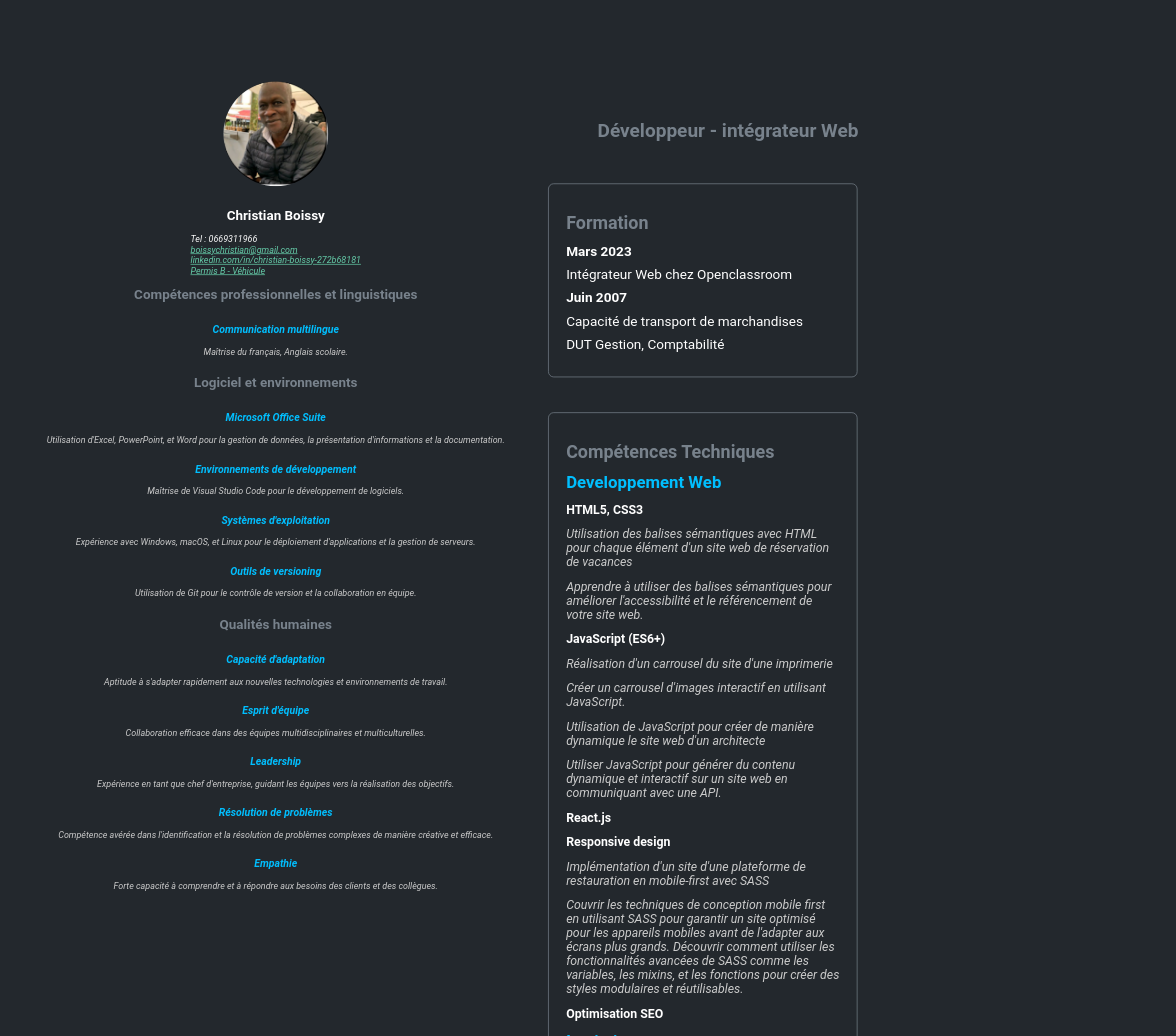
Repository: Christian121966/cv-logistique
Page: /
The author's editor kept a copy of each file at every save. The page is drawn from the files as they stood at one save, then again after a run of saves.
The browser window is 1280 px wide. The page is 1680 px wide, so the pictures cover 1680 px, including what lies to the right of the window. The pictures show the part of the page from y = 0 to 1480 px (the page is 2737 px tall before and 2770 px after), at 70% of full size.
The project was rebuilt for these pictures with package versions that can differ from the ones it lists, and the page was loaded fresh each time.

Above is the page before, as saved 2024-07-29 01:04:43.

### public/index.html
<!DOCTYPE html>
<html lang="en">
  <head>
    <meta charset="utf-8" />
    <link rel="icon" href="%PUBLIC_URL%/favicon.ico" />
    <meta name="viewport" content="width=device-width, initial-scale=1" />
    <meta name="theme-color" content="#000000" />
    <meta name="description" content="Curriculum Vitae de Christian Boissy, développeur web front-end" />
    <meta name="keywords" content="Christian Boissy, CV, développeur front-end, React, Node.js, JavaScript" />
    <meta name="author" content="Christian Boissy" />

    <!-- Open Graph Meta Tags -->
    <meta property="og:title" content="CV de Christian Boissy" />
    <meta property="og:description" content="Curriculum Vitae de Christian Boissy, développeur web front-end" />
    <meta property="og:image" content="%PUBLIC_URL%/logo192.png" />
    <meta property="og:url" content="https://christian121966.github.io/cv-christian-boissy/" />
    <meta property="og:type" content="website" />

    <!-- Twitter Card Meta Tags -->
    <meta name="twitter:card" content="summary_large_image" />
    <meta name="twitter:title" content="CV de Christian Boissy" />
    <meta name="twitter:description" content="Curriculum Vitae de Christian Boissy, développeur web front-end" />
    <meta name="twitter:image" content="%PUBLIC_URL%/logo192.png" />

    <link rel="apple-touch-icon" href="%PUBLIC_URL%/logo192.png" />
    <link rel="manifest" href="%PUBLIC_URL%/manifest.json" />
    <title>CV-CHRISTIAN-BOISSY</title>

    <!-- Google Analytics -->
    <script async src="https://www.googletagmanager.com/gtag/js?id=G-K4EJ3NRTQS"></script>
    <script>
      window.dataLayer = window.dataLayer || [];
      function gtag(){dataLayer.push(arguments);}
      gtag('js', new Date());
      gtag('config', 'G-K4EJ3NRTQS');
    </script>
  </head>
  <body>
    <noscript>You need to enable JavaScript to run this app.</noscript>
    <div id="root"></div>
    <!--
      This HTML file is a template.
      If you open it directly in the browser, you will see an empty page.

      You can add webfonts, meta tags, or analytics to this file.
      The build step will place the bundled scripts into the <body> tag.

      To begin the development, run `npm start` or `yarn start`.
      To create a production bundle, use `npm run build` or `yarn build`.
    -->
  </body>
</html>

### src/index.js
import React from 'react';
import ReactDOM from 'react-dom/client';
import './index.css';
import App from './App';
import ReactGA from 'react-ga4';

ReactGA.initialize('G-K4EJ3NRTQS', {
  cookieFlags: 'SameSite=None; Secure'
});

ReactGA.send('pageview');

const root = ReactDOM.createRoot(document.getElementById('root'));
root.render(
  <React.StrictMode>
    <App />
  </React.StrictMode>
);

### src/App.js
import React from 'react';
import './App.css';
import Footer from './components/Footer';
import Section from './components/Section';
import Sidebar from './components/Sidebar';
import Formation from './components/Formation';
import CompetencesTechniques from './components/CompetencesTechniques';
import ExperiencesProfessionnelles from './components/ExperiencesProfessionnelles';

function App() {
  return (
    <div className="App">
      <header className="cv-title">
        <h1>Développeur - intégrateur Web</h1>
      </header>
      <div className="container">
        <Sidebar />
        <main>
          <div className="card">
            <Section title="Formation">
              <Formation />
            </Section>
          </div>
          <div className="card">
            <Section title="Compétences Techniques">
              <CompetencesTechniques />
            </Section>
          </div>
          <div className="card">
            <Section title="Expériences Professionnelles">
              <ExperiencesProfessionnelles />
            </Section>
          </div>
        </main>
      </div>
      <Footer />
    </div>
  );
}

export default App;

### src/App.css
@charset "UTF-8";
/* Variables de couleurs */
/* Mixins */
*,
*::before,
*::after {
  box-sizing: border-box;
  margin: 0;
  padding: 0;
}

body {
  background-color: rgb(35, 40, 45);
  color: rgb(255, 255, 255);
  font-family: "Roboto", sans-serif;
  padding: 0;
  margin: 0;
  overflow-x: hidden;
  overflow-y: auto;
}
body header.cv-title {
  display: flex;
  justify-content: center;
  position: relative;
  top: 185px;
  left: 0;
  margin-bottom: 2px;
}
body header.cv-title h1 {
  color: rgb(120, 130, 140);
  font-size: 1em;
}
body .container {
  display: flex;
  flex-direction: column;
  padding: 10px;
}
body .container .container {
  display: flex;
  flex-direction: column;
  padding: 10px;
}
body .container .sidebar {
  width: 100%;
  font-size: 0.8em;
  display: flex;
  flex-direction: column;
  justify-content: center;
  align-items: center;
  padding: 2px;
}
body .container .sidebar h2 {
  font-size: 1.5em;
  text-align: center;
  margin: 15px 0 15px 0;
  color: rgb(120, 130, 140);
}
body .container .sidebar .profile-photo {
  width: 150px;
  height: 150px;
  border-radius: 50%;
  margin-bottom: 30px;
  cursor: pointer;
  transition: width 0.3s ease, height 0.3s ease;
}
body .container .sidebar .profile-photo:hover {
  width: 360px;
  height: 360px;
  border-radius: 50%;
  margin-bottom: 30px;
}
body .container .sidebar address {
  margin-top: 15px;
}
body .container .sidebar address a {
  color: mediumaquamarine;
}
body .container .sidebar ul {
  list-style-type: none;
  text-align: center;
}
body .container .sidebar ul h3 {
  margin: 15px 0 15px 0;
  color: deepskyblue;
}
body .container .sidebar ul li {
  display: flex;
  flex-direction: column;
  margin-bottom: 10px;
  overflow-y: auto;
}
body .container .sidebar ul li li > span {
  display: block; /* Assurez-vous que span est affiché comme bloc */
  text-align: center; /* Exemple de centrage de span */
  color: #777; /* Exemple de couleur de texte */
}
body main {
  margin: 0;
}
body section h2 {
  font-size: 1.2em;
  margin: 15px 0 15px 0;
}
body .card {
  margin: 5px;
  padding: 10px;
  background: rgb(35, 40, 45);
  border: 1px solid rgb(120, 130, 140);
  border-radius: 8px;
}
body .card div, body .card ul {
  font-size: 0.9em;
  list-style-type: none;
  margin-bottom: 10px;
}
body .card h2 {
  color: rgb(120, 130, 140);
}
body .card h3 {
  font-size: 1.1em;
  margin: 15px 0 15px 0;
  color: deepskyblue;
}
body li {
  margin-bottom: 15px;
  font-style: italic;
  color: #ccc;
}
body .li_title {
  font-weight: bold;
  font-style: normal;
  color: #fff;
}
body p {
  font-size: 1em;
}
body footer p {
  font-size: 0.6em;
  display: flex;
  justify-content: center;
  text-align: center;
}

/* Pour les écrans de 320px à 425px */
@media screen and (max-width: 425px) {
  body header.cv-title {
    position: relative;
    top: 190px;
    left: 0;
    margin-bottom: 2px;
    text-align: center;
  }
  body header.cv-title h1 {
    color: rgb(120, 130, 140);
    font-size: 1.2em;
  }
  body .container {
    display: flex;
    flex-direction: column;
    padding: 10px;
  }
  body .sidebar {
    width: 100%;
    font-size: 0.8em;
    display: flex;
    flex-direction: column;
    justify-content: center;
    align-items: center;
    padding: 2px;
  }
  body .sidebar h2 {
    font-size: 1.1em;
    text-align: center;
    margin: 15px 0;
    color: rgb(120, 130, 140);
  }
  body .sidebar .profile-photo {
    width: 150px;
    height: 150px;
    border-radius: 50%;
    margin-bottom: 30px;
  }
  body .sidebar address {
    margin-top: 0;
  }
  body .sidebar address a {
    color: mediumaquamarine;
  }
  body .sidebar ul {
    list-style-type: none;
  }
  body .sidebar ul h3 {
    margin: 15px 0;
    color: deepskyblue;
    text-align: center;
  }
  body .sidebar ul li {
    margin-bottom: 10px;
    text-align: center;
  }
  body .sidebar ul li span {
    display: block;
    color: #ccc;
  }
  body main {
    margin: 0;
    padding: 15px;
  }
  body section h2 {
    font-size: 1.3em;
    margin: 15px 0;
  }
  body .card {
    margin: 10px;
    padding: 12px;
    background: rgb(35, 40, 45);
    border: 1px solid rgb(120, 130, 140);
    border-radius: 8px;
  }
  body .card .formation-date {
    color: #fff;
    font-style: normal;
    font-size: 1.2em;
  }
  body .card div, body .card ul {
    font-size: 0.9em;
    list-style-type: none;
    color: #ccc;
    font-style: italic;
  }
  body .card h3 {
    font-size: 1.2em;
    margin: 15px 0;
    color: deepskyblue;
  }
  body p {
    font-size: 1em;
  }
  body footer p {
    font-size: 0.8em;
    display: flex;
    justify-content: center;
    text-align: center;
    margin: 10px;
  }
}
/* Pour les écrans de 768px et plus */
@media screen and (min-width: 768px) {
  body header.cv-title {
    top: 140px;
    left: 260px;
    margin-bottom: 20px;
  }
  body header.cv-title h1 {
    font-size: 1.5em;
  }
  body .container {
    display: flex;
    flex-direction: row;
    padding: 25px;
  }
  body .sidebar {
    width: 35%;
    font-size: 1.1em;
    padding: 15px;
    display: flex;
    flex-direction: column;
    justify-content: flex-start;
    align-items: center;
    height: 170vh;
  }
  body .sidebar .profile-photo {
    width: 180px;
    height: 180px;
  }
  body .sidebar h2 {
    font-size: 1.3em;
  }
  body main {
    width: 65%;
    padding: 0 25px;
    display: flex;
    flex-direction: column;
    margin-top: 150px;
  }
  body section h2 {
    font-size: 1.5em;
  }
  body .card {
    margin: 20px 0;
    padding: 20px;
    background: rgb(35, 40, 45);
    border: 1px solid rgb(120, 130, 140);
    border-radius: 8px;
  }
  body .card div, body .card ul {
    font-size: 0.9em;
  }
  body .card h3 {
    font-size: 1.4em;
  }
  body p {
    font-size: 0.9em;
  }
  footer {
    display: flex;
    justify-content: center;
    align-items: center;
    margin-top: 20px;
  }
  footer p {
    font-size: 0.8em;
  }
}
/* Pour les écrans de 1024px et plus */
@media screen and (min-width: 1024px) {
  body header.cv-title {
    top: 170px;
    left: 400px;
    margin-bottom: 25px;
    overflow-y: hidden;
    overflow-x: hidden;
  }
  body header.cv-title h1 {
    font-size: 1.7em;
  }
  body .container {
    padding: 30px;
  }
  body .sidebar {
    width: 35%;
    font-size: 1.2em;
    padding: 20px;
  }
  body .sidebar .profile-photo {
    width: 190px;
    height: 190px;
  }
  body .sidebar h2 {
    font-size: 1.4em;
  }
  body section h2 {
    font-size: 1.6em;
  }
  body .card {
    margin: 25px 0;
    padding: 25px;
  }
  body .card div, body .card ul {
    font-size: 1.1em;
  }
  body .card h3 {
    font-size: 1.5em;
  }
  body p {
    font-size: 1em;
  }
}/*# sourceMappingURL=App_20240729003859.css.map */

### src/components/Footer.js
import React from 'react';

const Footer = () => {
  return (
    <footer>
      <p>© 2024 Christian Boissy. Tous droits réservés.</p>
    </footer>
  );
};

export default Footer;

### src/components/Section.js
import React from 'react';

const Section = ({ title, children }) => {
  return (
    <section>
      <h2>{title}</h2>
      {children}
    </section>
  );
};

export default Section;

### src/components/Sidebar.js
import React from 'react';
import ReactGA from 'react-ga4';

function handleEmailClick() {
  ReactGA.event({
    category: 'User',
    action: 'Clicked on Email Link',
    label: 'Email'
  });
}

function handleLinkedInClick() {
  ReactGA.event({
    category: 'User',
    action: 'Clicked on LinkedIn Link',
    label: 'LinkedIn'
  });
}

const Sidebar = () => {
  return (
    <aside className="sidebar">
      <img src={`${process.env.PUBLIC_URL}/images/Chris.png`} alt="Chris" className="profile-photo" />
      <h1>Christian Boissy</h1>
      <address>
        Tel : 0669311966<br />
        <a href="mailto:boissychristian@gmail.com" onClick={handleEmailClick}>boissychristian@gmail.com</a><br />
        <a href="https://linkedin.com/in/christian-boissy-272b68181" target="_blank" rel="noopener noreferrer" onClick={handleLinkedInClick}>
          linkedin.com/in/christian-boissy-272b68181
          <p>Permis B - Véhicule</p>
        </a>
      </address>
      <h2>Compétences professionnelles et linguistiques</h2>
      <ul>
        <li>
          <h3>Communication multilingue</h3>
          <span>Maîtrise du français, Anglais scolaire.</span>
        </li>
      </ul>
      <h2>Logiciel et environnements</h2>
      <ul>
        <li>
          <h3>Microsoft Office Suite</h3>
          <span>Utilisation d'Excel, PowerPoint, et Word pour la gestion de données, la présentation d'informations et la documentation.</span>
        </li>
        <li>
          <h3>Environnements de développement</h3>
          <span>Maîtrise de Visual Studio Code pour le développement de logiciels.</span>
        </li>
        <li>
          <h3>Systèmes d'exploitation</h3>
          <span>Expérience avec Windows, macOS, et Linux pour le déploiement d'applications et la gestion de serveurs.</span>
        </li>
        <li>
          <h3>Outils de versioning</h3>
          <span>Utilisation de Git pour le contrôle de version et la collaboration en équipe.</span>
        </li>
      </ul>
      <h2>Qualités humaines</h2>
      <ul>
        <li>
          <h3>Capacité d'adaptation</h3>
          <span>Aptitude à s'adapter rapidement aux nouvelles technologies et environnements de travail.</span>
        </li>
        <li>
          <h3>Esprit d'équipe</h3>
          <span>Collaboration efficace dans des équipes multidisciplinaires et multiculturelles.</span>
        </li>
        <li>
          <h3>Leadership</h3>
          <span>Expérience en tant que chef d'entreprise, guidant les équipes vers la réalisation des objectifs.</span>
        </li>
        <li>
          <h3>Résolution de problèmes</h3>
          <span>Compétence avérée dans l'identification et la résolution de problèmes complexes de manière créative et efficace.</span>
        </li>
        <li>
          <h3>Empathie</h3>
          <span>Forte capacité à comprendre et à répondre aux besoins des clients et des collègues.</span>
        </li>
      </ul>
    </aside>
  );
};

export default Sidebar;

### src/components/Formation.js
import React from 'react';
import cvData from '../data/cvData';


function Formation() {
  return (
    <>
      {cvData.formation.map((item, index) => (
        <div key={index} className="formation-item">
          <div className="formation-date"><strong>{item.date}</strong></div>
          <div className="formation-title">{item.title}</div>
          {item.details && <div className="formation-details">{item.details}</div>}
        </div>
      ))}
    </>
  );
}

export default Formation;

### src/components/CompetencesTechniques.js
import React from 'react';
import cvData from '../data/cvData';

function CompetencesTechniques() {
  return (
    <>
      <h3>Developpement Web</h3>
      <ul>
        {cvData.competences.developpementWeb.map((item, index) => (
          <li key={index} className={item.title ? 'li_title' : ''}>
            {item.text}
          </li>
        ))}
      </ul>
      <h3>Logistique</h3>
      <ul>
        {cvData.competences.logistique.map((item, index) => (
          <li key={index} className={item.title ? 'li_title' : ''}>
            {item.text}
          </li>
        ))}
      </ul>
    </>
  );
}

export default CompetencesTechniques;

### src/components/ExperiencesProfessionnelles.js
import React from 'react';
import cvData from '../data/cvData';

function ExperiencesProfessionnelles() {
  // Vérifiez que cvData.experiences est défini et qu'il s'agit d'un tableau
  if (!cvData.experiences || !Array.isArray(cvData.experiences)) {
    return <div>Aucune expérience professionnelle disponible.</div>;
  }

  return (
    <div>
      {cvData.experiences.map((exp, index) => (
        <div key={index}>
          <h3>{exp.title}</h3>
          <p>{exp.date}</p>
          {exp.details && exp.details.map((detail, idx) => (
            typeof detail === 'string' ?
              <p key={idx}>{detail}</p> :
              <div key={idx}>
                <strong>{detail.highlight}</strong>
                {detail.list ? <ul>{detail.list.map((item, itemIdx) => <li key={itemIdx}>{item}</li>)}</ul> : <p>{detail.description}</p>}
              </div>
          ))}
          {/* Si exp.details n'est pas défini, affichez un message ou laissez vide */}
          {!exp.details && <p></p>}
        </div>
      ))}
    </div>
  );
}

export default ExperiencesProfessionnelles;

### src/data/cvData.js
const cvData = {
  formation: [
    {
      date: "Mars 2023",
      title: "Intégrateur Web chez Openclassroom",
    },
    {
      date: "Juin 2007",
      title: "Capacité de transport de marchandises",
    },
    {
      title: "DUT Gestion, Comptabilité"
    }
  ],
  competences: {
    developpementWeb: [
      { title: true, text: "HTML5, CSS3" },
      { title: false, text: "Utilisation des balises sémantiques avec HTML pour chaque élément d'un site web de réservation de vacances" },
      { title: false, text: "Apprendre à utiliser des balises sémantiques pour améliorer l'accessibilité et le référencement de votre site web." },
      { title: true, text: "JavaScript (ES6+)" },
      { title: false, text: "Réalisation d'un carrousel du site d'une imprimerie" },
      { title: false, text: "Créer un carrousel d'images interactif en utilisant JavaScript." },
      { title: false, text: "Utilisation de JavaScript pour créer de manière dynamique le site web d'un architecte" },
      { title: false, text: "Utiliser JavaScript pour générer du contenu dynamique et interactif sur un site web en communiquant avec une API." },
      { title: true, text: "React.js" },
      { title: true, text: "Responsive design" },
      { title: false, text: "Implémentation d'un site d'une plateforme de restauration en mobile-first avec SASS" },
      { title: false, text: "Couvrir les techniques de conception mobile first en utilisant SASS pour garantir un site optimisé pour les appareils mobiles avant de l'adapter aux écrans plus grands. Découvrir comment utiliser les fonctionnalités avancées de SASS comme les variables, les mixins, et les fonctions pour créer des styles modulaires et réutilisables." },
      { title: true, text: "Optimisation SEO" }
    ],
    logistique: [
      { title: true, text: "Capacité de transport de marchandises" },
      { title: false, text: "Gestion d'une société de transport de marchandises" },
      { title: false, text: "Gestion de personnel" },
      { title: false, text: "Gestion des stocks" },
      {title: true, text:"Communication" },
      { title: false, text:"Gestion des contacts" },
      { title: false, text:"Gestion du personnel" }
    ]
  },
  experiences: [
    {
      date: "Déc. 2021 - Juin 2022",
      title: "First Stop Sartrouville - Herblay",
      details: [
        { highlight: "Livraison de pneus en Ile de France, gestion des commandes et des stocks" },
      ]
    },
    {
      date: "2007 - 2021",
      title: "Gérant de société de transport - Paris",
      details: [
        { highlight: "Livraison de colis en partenariat avec Colisweb"},
        { highlight: "Livraison avec SVP"},
        { highlight: "Livraison avec CG Courses"}
      ]
    },
    {
      date: "1999 - 2007",
      title: "Cariste gestionnaire de stocks - Rougier Panneaux - Gennevilliers",
      details: [
        { highlight: "Chargement et déchargemement de colis de panneaux de bois"},
        { highlight: "Gestion du stock"},
        { highlight: "Préparation des commandes"}
      ]
    }
  ]
};

export default cvData;

Loaded but not shown: src/index.css (common file)

After the next 4 saves:
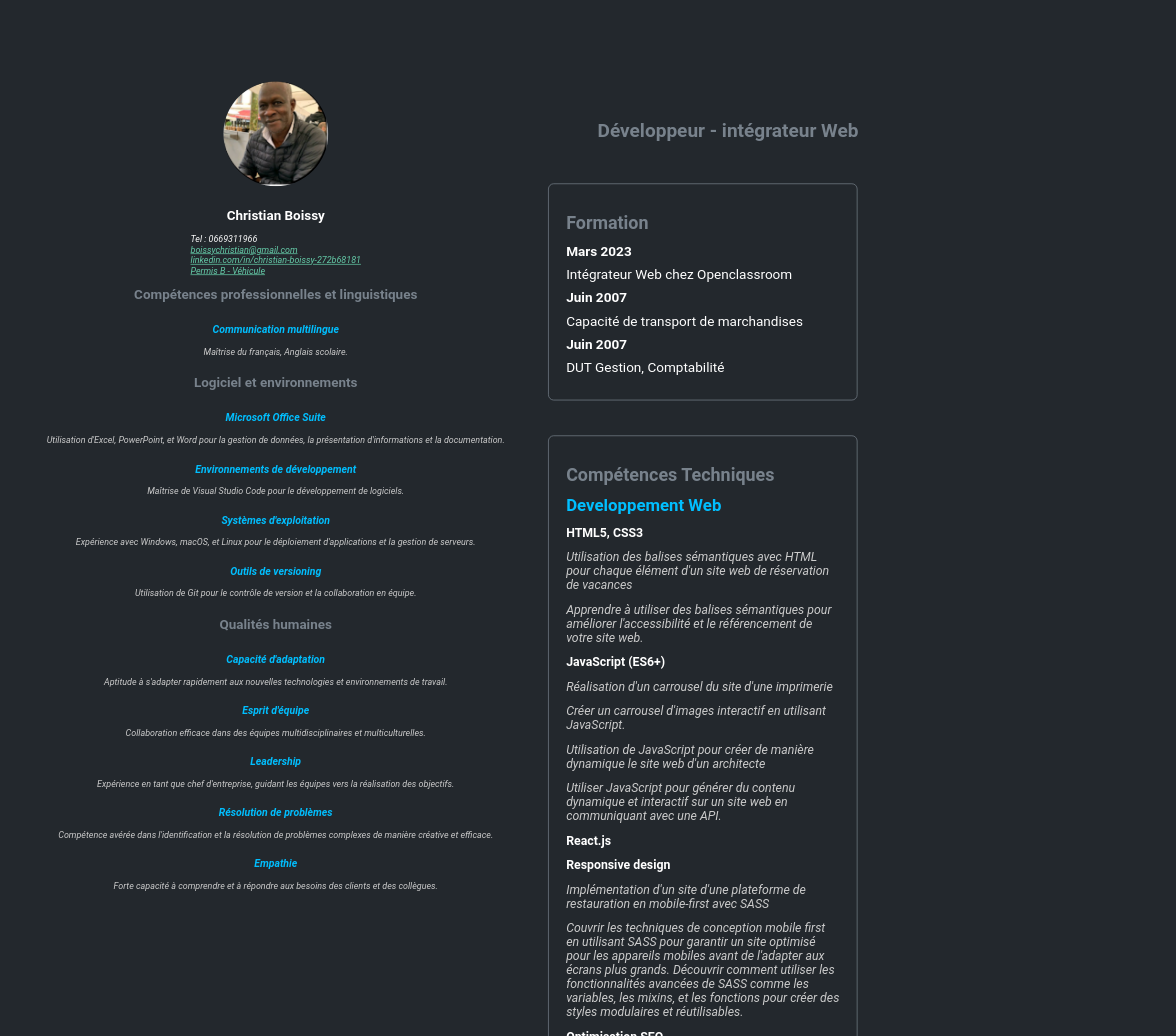
The 4 saves are shown as one change because 1 did not build or start and some came seconds apart.
The last was saved 57 s later.
--- a/src/data/cvData.js
+++ b/src/data/cvData.js
@@ -9,6 +9,7 @@ const cvData = {
       title: "Capacité de transport de marchandises",
     },
     {
+      date: "Juin 2007",
       title: "DUT Gestion, Comptabilité"
     }
   ],
